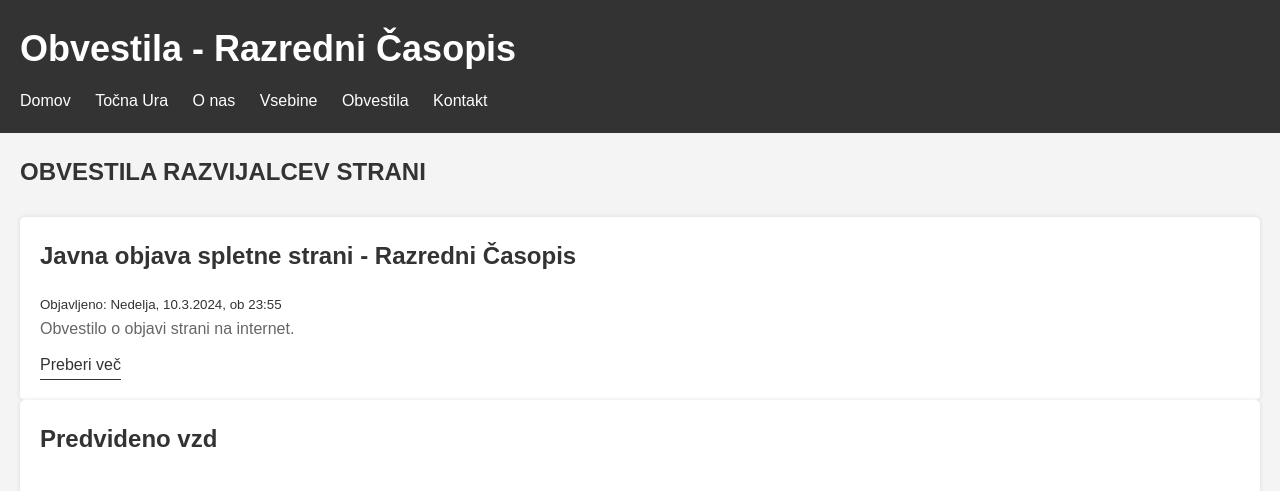
Repository: razrednicasopis/razrednicasopis.github.io
Page: Resources/obvestila.html
The author's editor kept a copy of each file at every save. The page is drawn from the files as they stood at one save, then again after the next save.
The browser window is 1280 px wide. The pictures show the whole page.

Above is the page before, as saved 2024-03-12 12:56:46.
Console error: ReferenceError: maintenanceMode is not defined

After the next save:
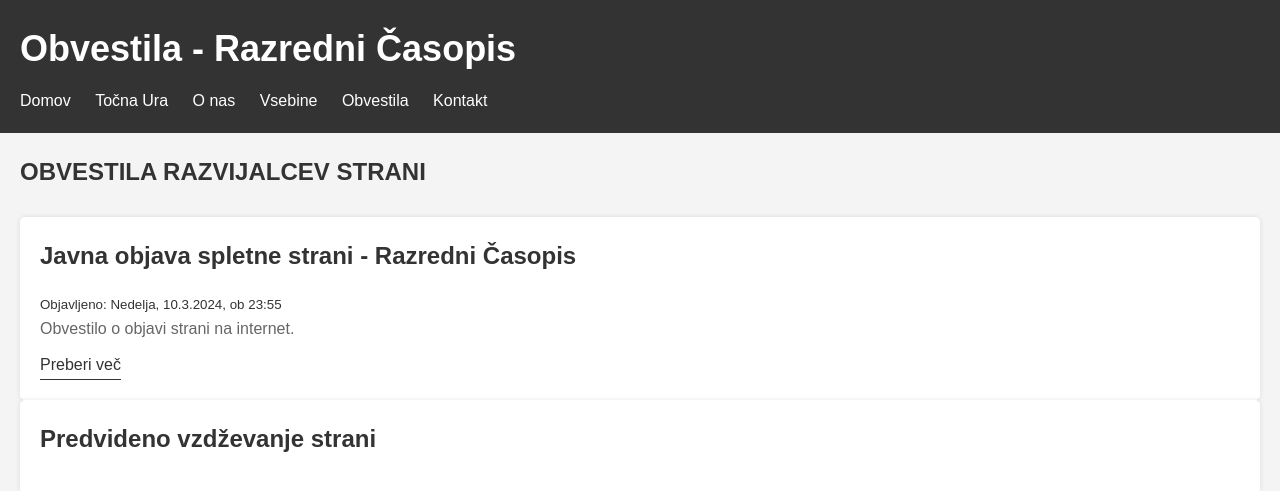
Saved 9 s later.
--- a/Resources/obvestila.html
+++ b/Resources/obvestila.html
@@ -40,7 +40,7 @@
               </article>
                 <p>
                   <article>
-                    <h2>Predvideno vzd</h2>
+                    <h2>Predvideno vzdževanje strani</h2>
                   </article>
                 </p>
           </section>
